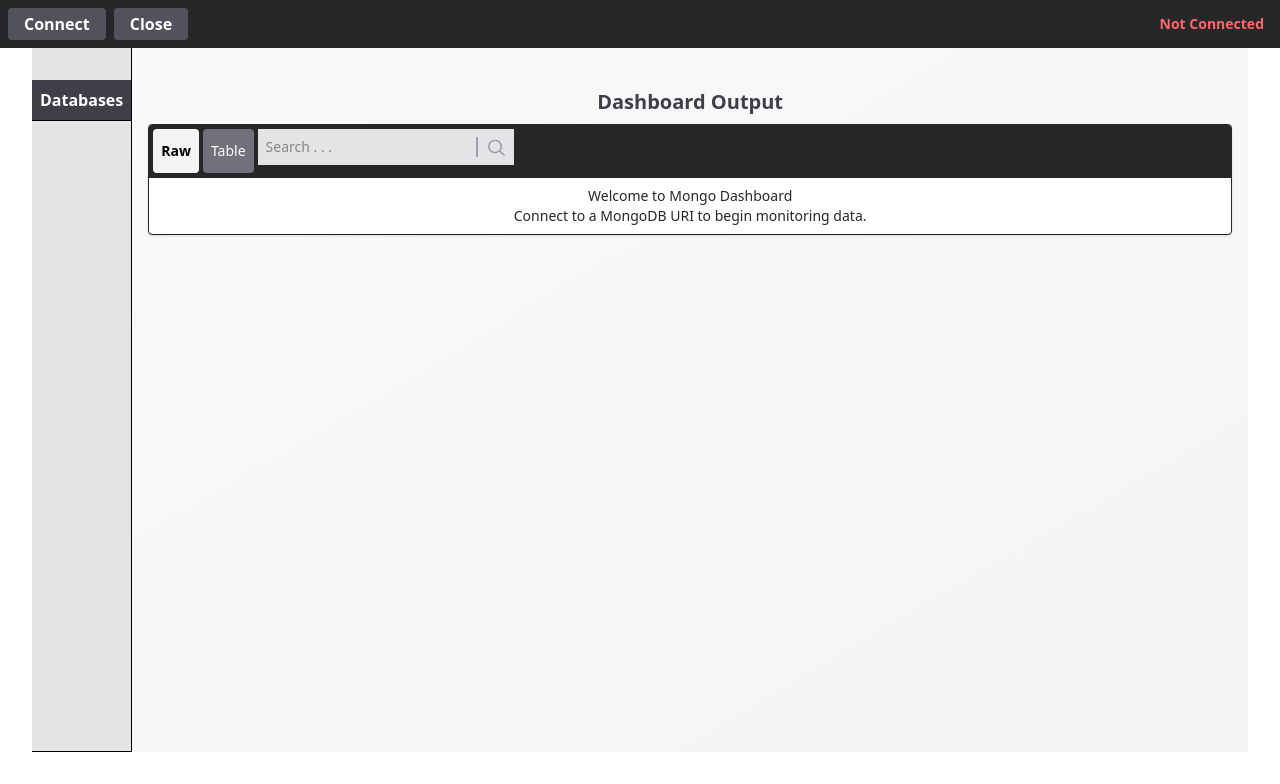
Repository: aryan151pratap/Dashboard
Page: / (app in frontened/)
An editor plug-in stored every save of this project. The page is shown before and after the next save, followed by the edit.
The browser window is 1280 px wide. The pictures show the whole page.
The page's requests for data from a server got no answer. The project was rebuilt for these pictures with package versions that can differ from the ones it lists, and the page was loaded fresh each time. No one was signed in, and anything a server would have sent is missing. Also part of the build but not shown: frontened/vite.config.js, frontened/src/component/connect.jsx, frontened/src/component/table.jsx.

Above is the page before, as saved 2025-06-24 18:35:48.

### frontened/index.html
<!doctype html>
<html lang="en">
  <head>
    <meta charset="UTF-8" />
    <link rel="icon" type="image/svg+xml" href="/vite.svg" />
    <meta name="viewport" content="width=device-width, initial-scale=1.0" />
    <title>Dashboard</title>
    <script src="https://cdn.jsdelivr.net/npm/@tailwindcss/browser@4"></script>

  </head>
  <body>
    <div id="root"></div>
    <script type="module" src="/src/main.jsx"></script>
  </body>
</html>

### frontened/src/App.jsx
import { useState } from 'react'
import './App.css'
import Page from './component/page'

function App() {

  return (
    <>
    <div className='h-screen max-w-full'>
      <Page/>
    </div>
    </>
  )
}

export default App

### frontened/src/component/page.jsx
import Bar from "./bar";

function Page(){
	return(
		<>
		<div className="h-full w-full bg-gradient-to-br from-zinc-50 to-zinc-100">
			<Bar/>
		</div>
		</>
	)
}

export default Page;

### frontened/src/component/bar.jsx
import { useState } from "react";
import Connect from "./connect";
import Dashboard from "./dashboard";

function Bar() {
	const [buttons] = useState(["connect", "close"]);
	const [showModal, setShowModal] = useState(false);
	const [connected, setConnected] = useState('not');
	const [cluster, setCluster] = useState([]);

	return (
		<div>
			{/* Top Navbar */}
			<div className="w-full fixed top-0 left-0 flex justify-between items-center bg-zinc-800 text-white z-10">
				<div className="flex gap-2 p-2">
					{buttons.map((i, index) => (
						<button
						key={index}
						onClick={() => i === "connect" && setShowModal(true)}
						className="capitalize font-semibold bg-zinc-600 px-4 py-1 rounded hover:bg-zinc-700"
						>
						{i}
						</button>
					))}
				</div>
				<div className="h-full">
					{connected === 'connecting' ?
						<div className="flex items-center gap-2 px-4 py-2 text-sm font-semibold text-blue-500">
							<div className="w-5 h-5 border-3 border-blue-500 border-t-transparent rounded-full animate-spin"></div>
							<span>Connecting...</span>
						</div>

						:
						<p className={`px-4 py-2 relative font-semibold text-sm ${connected !== 'not' ? "text-green-400 " : "text-red-400"}`}>
							{connected !== 'not' &&
								<div>
									<div className="absolute right-1 top-0 p-1 rounded-full bg-green-400">
									</div>
									<div className="absolute right-1 top-0 p-1 rounded-full bg-green-400 animate-ping">
									</div>
								</div>
							}
							<span>{connected !== 'not' ? "Connected" : "Not Connected"}</span>
						</p>
					}
				</div>
			</div>

			<div>
				<Dashboard cluster={cluster}/>
			</div>



			{showModal && (
				<Connect
					setConnected={setConnected}
					setShowModal={setShowModal}
					setCluster={setCluster}
				/>
			)}
		</div>
	);
}

export default Bar;

### frontened/src/component/dashboard.jsx
import { useState } from "react";
import Left_bar from "../bars/left_bar";
import Right_bar from "../bars/right_bar";

function Dashboard({ cluster }){

	const [collection, setCollection] = useState(null);

	return(
		<>
		<div className="w-full flex sm:flex-row flex-col">

			<Left_bar setCollection={setCollection} cluster={cluster}/>

			<Right_bar collection={collection}/>

		</div>
		</>
	)
}

export default Dashboard;

### frontened/src/bars/left_bar.jsx
import { useState } from "react";
import clusterData from "../data/clusterData";
const apiUrl = import.meta.env.VITE_BACKEND_ADD;

function Left_bar({ setCollection, cluster }){
	const [current_database, setCurrent_database] = useState(null);

	const handle_current_database = function(i){
		setCurrent_database(i);
	}

	const handle_current_collections = async function(i){
		const new_data = {
			uri: cluster.uri,
			database: current_database.name,
			collection: i,
		}
		console.log(new_data);
		try{
			if(new_data){
				const res = await fetch(`${apiUrl}/api/collection/`, {
					method: 'POST',
					headers: {
						'Content-Type': 'application/json',
					},
					credentials: 'include',
					body: JSON.stringify(new_data),
				})

				const result = await res.json();
				if(result.ok){
					const collection = {
						cluster: cluster.name,
						...new_data,
						data: result.data
					}
					setCollection(collection);
				} else {
					console.error(result.message || 'Login failed');
				}
			}
		} catch (err) {
			console.log(err);
		}
	}

	return(
		<>
		<div className="sticky top-0 shrink-0 h-fit sm:h-screen w-full sm:w-fit pt-12 bg-zinc-200 border-b sm:border-r">

			<div className="flex flex-row border-b">
				<button className={`sm:w-full sm:text-center font-bold px-2 py-2 ${current_database === null ? 'text-white bg-zinc-700' : 'text-zinc-700'}`}
					onClick={() => setCurrent_database(null)}
				>
					{current_database ?
					<span>{current_database.name}</span>
					:
					<span>Databases</span>
					}
				</button>

				{current_database &&
					<button className={`sm:text-center font-bold px-4 py-2 ${current_database !== null ? 'text-white bg-zinc-700' : 'text-zinc-700'}`}>Collections</button>
				}
			</div>


			<ul className="text-sm flex sm:flex-col flex-row overflow-x-auto">
			{current_database ?
			<>
				{current_database.collections?.map((i, index) => (
					<li key={index} className="hover:underline cursor-pointer border-r sm:border-r-0 sm:border-b px-4 py-2"
					onClick={() => handle_current_collections(i)}
					>
						{i}
					</li>
				))}
			</>
			:
			<>
				{cluster.databases?.map((i, index) => (
					<li key={index} className="hover:underline cursor-pointer border-r sm:border-r-0 sm:border-b px-4 py-2"
					onClick={() => handle_current_database(i)}
					>
						{i.name}
					</li>
				))}
			</>
			}
			</ul>
		</div>
		</>
	)
}

export default Left_bar;

### frontened/src/bars/right_bar.jsx
import { useState } from "react";
import Table from "../component/table";
import Search from "../component/search";

function Right_bar({ collection }){

	const [tab, setTab] = useState(['raw', 'table']);
	const [current_tab, setCurrrent_tab] = useState('raw');

	return(
		<>
		<div className="w-full sm:pt-14 p-2 sm:p-4">
			<h1 className="text-xl font-bold mb-2 text-zinc-700">Dashboard Output</h1>

			{collection &&
				<div className="bg-zinc-200 p-2 mb-2">
					<div className="flex flex-row gap-2 overflow-x-auto font-semibold text-zinc-700">
						<span className="shrink-0 hover:underline cursor-pointer">{collection.cluster}
							<svg xmlns="http://www.w3.org/2000/svg" className="w-4 h-4 ml-1 inline-block" fill="none" viewBox="0 0 24 24" stroke="currentColor" strokeWidth={2}>
								<path strokeLinecap="round" strokeLinejoin="round" d="M9 5l7 7-7 7" />
							</svg>
						</span>
						<span className="shrink-0 hover:underline cursor-pointer">{collection.database}
							<svg xmlns="http://www.w3.org/2000/svg" className="w-4 h-4 ml-1 inline-block" fill="none" viewBox="0 0 24 24" stroke="currentColor" strokeWidth={2}>
								<path strokeLinecap="round" strokeLinejoin="round" d="M9 5l7 7-7 7" />
							</svg>
						</span>
						<span className="shrink-0 hover:underline cursor-pointer">{collection.collection}
						</span>
					</div>
				</div>
			}

			<div className="bg-white border rounded shadow text-sm text-zinc-800 overflow-hidden">
				<div className="bg-zinc-800 flex gap-1 p-1 border-b">
					{tab.map((i, index) => (
						<button key={index} className={`${current_tab === i ? 'bg-zinc-100 text-black font-bold' : 'bg-zinc-500 text-white'} px-2 py-1 rounded-sm capitalize cursor-pointer`}
						onClick={() => setCurrrent_tab(i)}
						>
							{i}
						</button>
					))}
					<div>
						<Search/>
					</div>
				</div>


				<div className="overflow-x-auto">

					{collection?.data.length > 0 ?
						<div className="">
							{current_tab === 'table' ?
							<div>
								<Table collection={collection}/>
							</div>
							:
								<div>
									{collection.data.map((i, index) => (
										<pre key={index} className="bg-black text-green-400 p-4 rounded overflow-x-auto text-sm">
											{JSON.stringify(i, null, 2)}
										</pre>
									))}
								</div>
							}
					</div>
					:
					<div className="p-2">
						<p>Welcome to Mongo Dashboard</p>
						<p>Connect to a MongoDB URI to begin monitoring data.</p>
					</div>
					}
				</div>
			</div>
		</div>
		</>
	)
}

export default Right_bar;

### frontened/src/data/clusterData.js
const clusterData = {
  name: "iotCluster",
  uri: "mongodb+srv://admin:pass@iotcluster.mongodb.net", // optional metadata
  databases: [
    {
      name: "sensorDB",
      collections: ["temperature", "humidity", "pressure"]
    },
    {
      name: "deviceLogs",
      collections: ["bootLogs", "errorLogs", "runtimeStats"]
    },
    {
      name: "statusDB",
      collections: ["uptime", "statusHistory", "batteryHealth"]
    }
  ]
};

export default clusterData;

### frontened/src/component/search.jsx
import { useEffect, useState } from "react";
import search_img from '../image/search.png';

function Search({ data, setData }){

	const [search, setSearch] = useState("");



	return(
		<>
		<div className="w-full p-2 mb-2 flex gap-2 bg-zinc-200">
			<input type="text" value={search} placeholder="Search . . ." className="w-full md:w-[50%] outline-none"
			onChange={(e) => {setSearch(e.target.value)}}
			/>
			<div className="text-zinc-400 items-center flex gap-2 flex-row justify-center ml-auto">
				{search.trim() !== '' &&
					<button className="text-zinc-500"
					onClick={() => setSearch('')}
					>
						<svg xmlns="http://www.w3.org/2000/svg" className="h-5 w-5" fill="none" viewBox="0 0 24 24" stroke="currentColor">
							<path strokeLinecap="round" strokeLinejoin="round" strokeWidth={2} d="M6 18L18 6M6 6l12 12" />
						</svg>
					</button>
				}
				<div className="border-1 h-full"></div>
				<img src={search_img} alt="" className="w-5 h-5"/>
			</div>
		</div>
		</>
	)
}

export default Search;

Loaded but not shown: frontened/src/main.jsx (common file); frontened/src/App.css (common file)

After the next save:
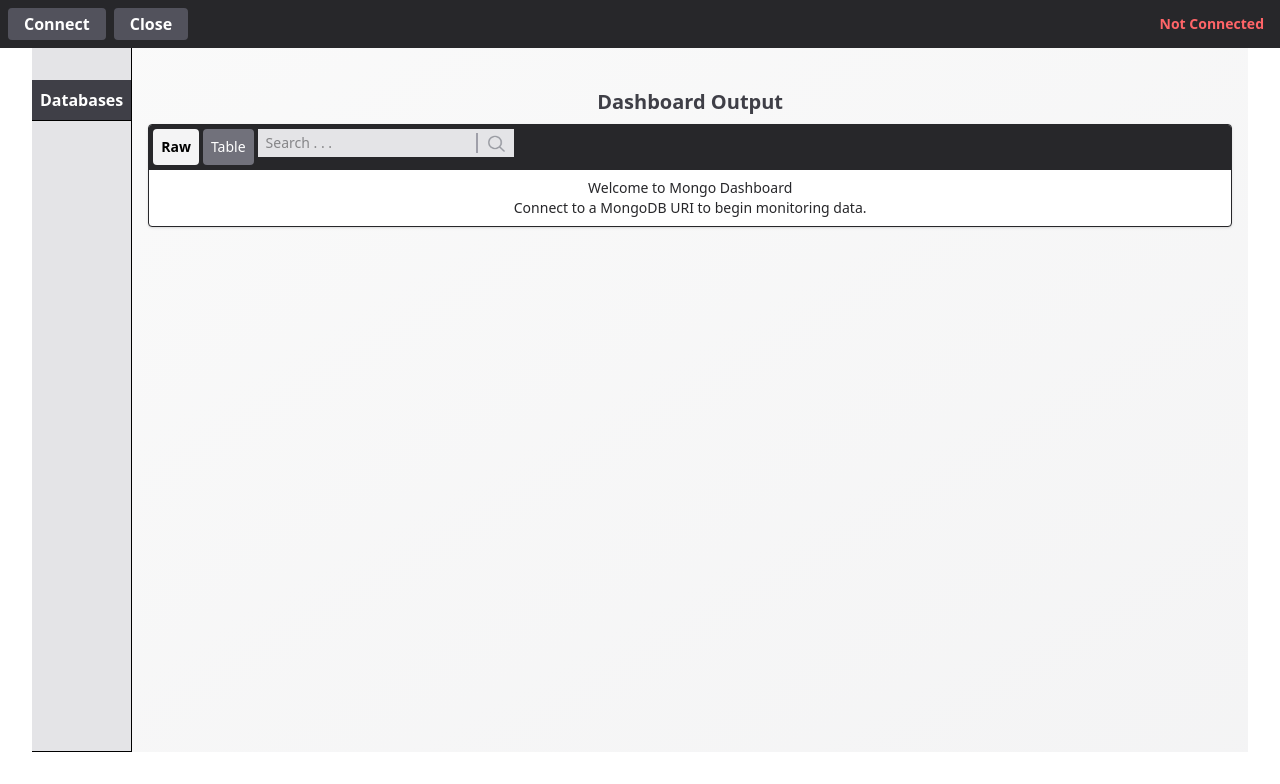
Saved 15 s later.
--- a/frontened/src/component/search.jsx
+++ b/frontened/src/component/search.jsx
@@ -9,7 +9,7 @@
 
 	return(
 		<>
-		<div className="w-full p-2 mb-2 flex gap-2 bg-zinc-200">
+		<div className="w-full px-2 py-1 mb-2 flex gap-2 bg-zinc-200">
 			<input type="text" value={search} placeholder="Search . . ." className="w-full md:w-[50%] outline-none"
 			onChange={(e) => {setSearch(e.target.value)}}
 			/>
